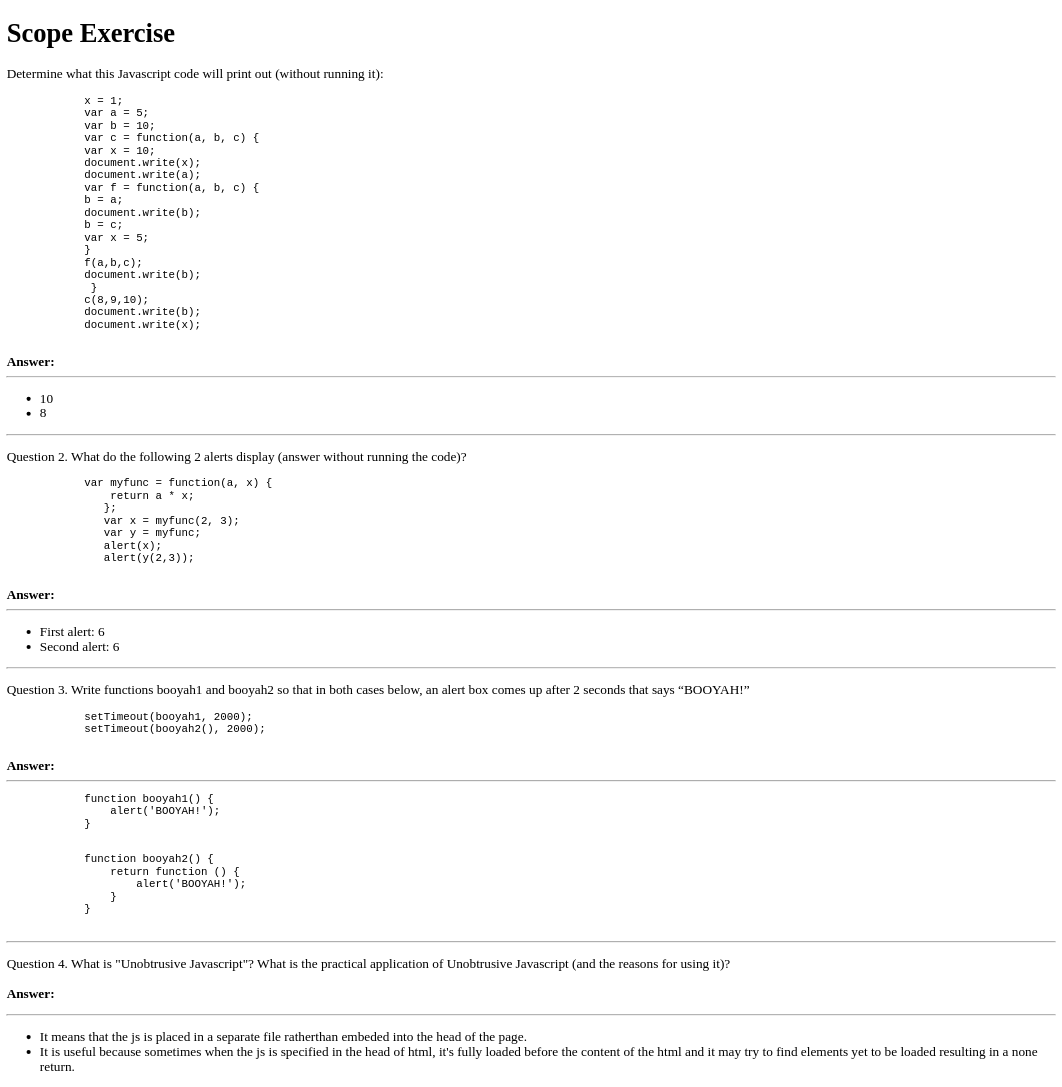
Repository: bethelbahiru/WAP
Page: Homework3/scope.html
These files come from the project's save history. The page is drawn as it stood at one moment and after a run of saves; the edit follows.
The browser window is 1280 px wide. The pictures show the whole page, at 83% of full size.

Above is the page before, as saved 2022-01-18 15:23:18.

### Homework3/scope.html
<!DOCTYPE html>
<html lang="en">
<head>
    <meta charset="UTF-8">
    <meta http-equiv="X-UA-Compatible" content="IE=edge">
    <meta name="viewport" content="width=device-width, initial-scale=1.0">
    <title>Scope Exercise</title>
</head>
<body>
    <h1><strong>Scope Exercise</strong></h1>
    <p> Determine what this Javascript code will print out (without running it):
        <pre>
            x = 1;
            var a = 5;
            var b = 10;
            var c = function(a, b, c) {
            var x = 10;
            document.write(x);
            document.write(a);
            var f = function(a, b, c) {
            b = a;
            document.write(b);
            b = c;
            var x = 5;
            }
            f(a,b,c);
            document.write(b);
             }
            c(8,9,10);
            document.write(b);
            document.write(x);
        </pre>

        <strong>Answer:</strong>
        <hr>
        <ul>
            <li>10</li>
            <li>8</li>

        </ul>
    </p>
    <hr>
    <p>Question 2. What do the following 2 alerts display (answer without running the code)?
        <pre>
            var myfunc = function(a, x) {
                return a * x;
               };
               var x = myfunc(2, 3);
               var y = myfunc;
               alert(x);
               alert(y(2,3));
        </pre>
        <strong>Answer:</strong>
        <hr>
        <ul>
            <li>First alert: 6</li>
            <li>Second alert: 6</li>
        </ul>
    </p>
    <hr>
    <p>Question 3. Write functions booyah1 and booyah2 so that in both cases below, an alert box comes up after 2 seconds that
        says “BOOYAH!”
        <pre>
            setTimeout(booyah1, 2000);
            setTimeout(booyah2(), 2000);
        </pre>
        <strong>Answer:</strong>
        <hr>
        <pre>
            function booyah1() {
                alert('BOOYAH!');
            }
        </pre>
        <pre>
            function booyah2() {
                return function () {
                    alert('BOOYAH!');
                }
            }
        </pre>
    </p>
    <hr>
    <p>Question 4. What is "Unobtrusive Javascript"? What is the practical application of Unobtrusive Javascript (and the reasons
        for using it)?
        <br/>
        <br/>
        <strong>Answer:</strong>
        <hr>
        <ul>
            <li>It means that the js is placed in a separate file ratherthan embeded into the head of the page.</li>
            <li>It is useful because sometimes when the js is specified in the head of html, it's fully loaded before the content of the html and it may try to find elements yet to be loaded resulting in a none return.</li>
        </ul>
    </p>

</body>
</html>

After the next 4 saves:
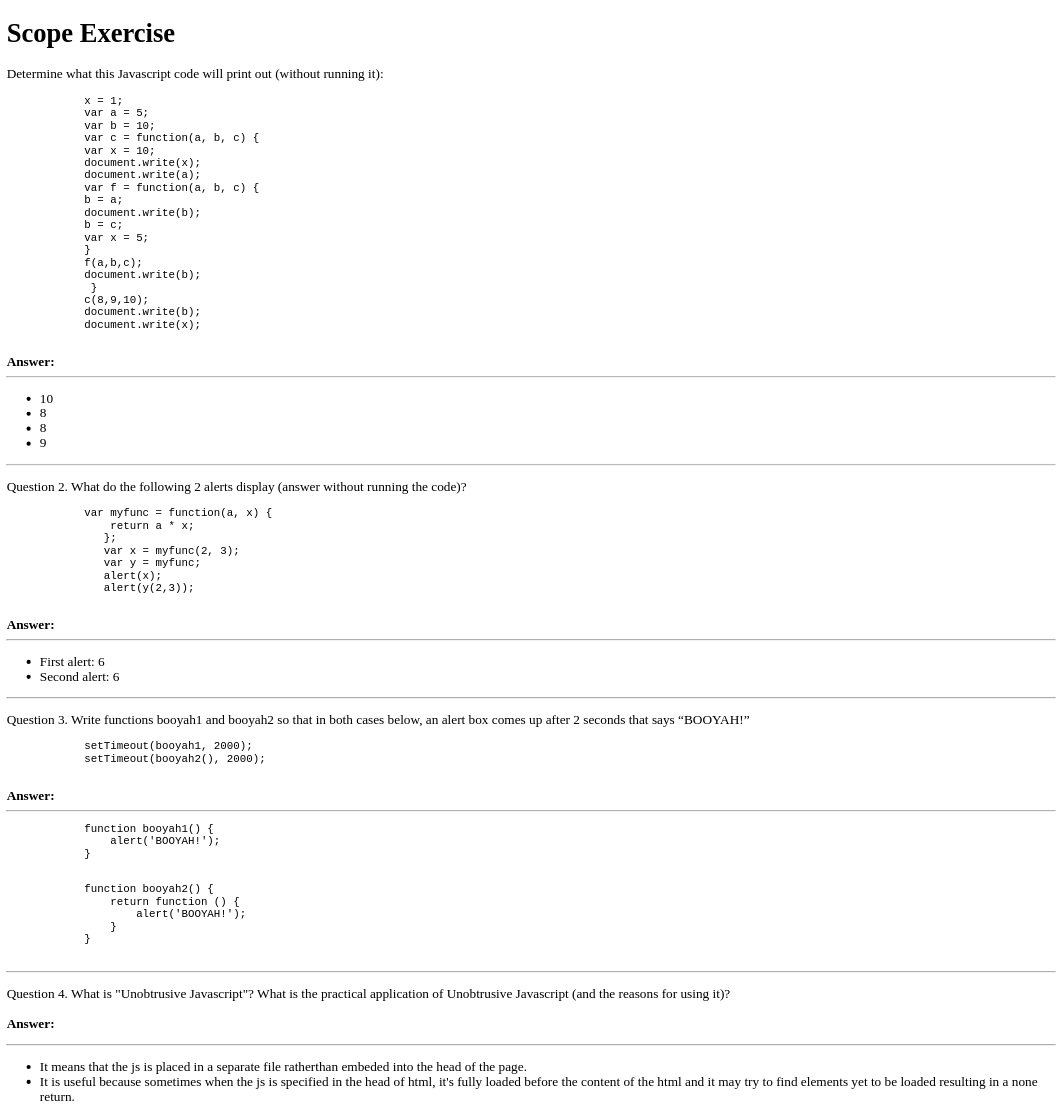
The 4 saves are shown as one change because they came seconds apart.
The last was saved 12 s later.
--- a/Homework3/scope.html
+++ b/Homework3/scope.html
@@ -36,6 +36,8 @@
         <ul>
             <li>10</li>
             <li>8</li>
+            <li>8</li>
+            <li>9</li>
 
         </ul>
     </p>
